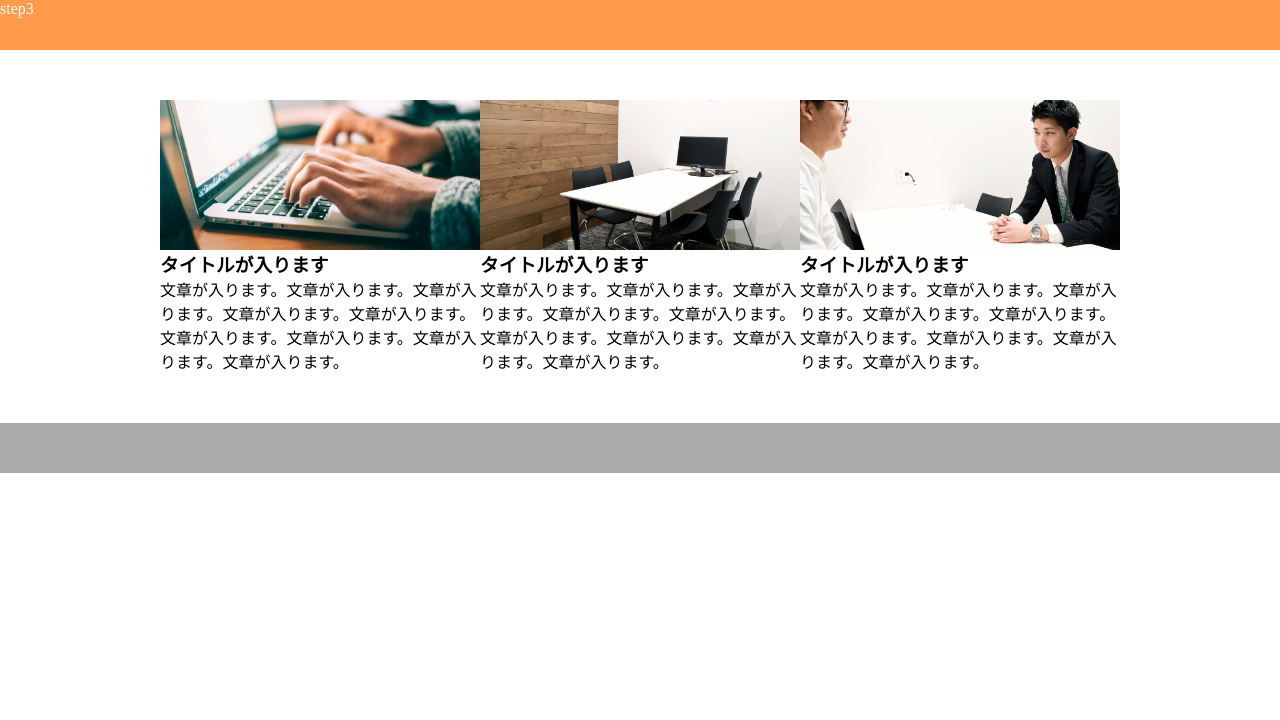
Repository: YuraTajima/DMM-all
Page: chapter9/chapter9.html
The author's editor kept a record of every edit. The page is drawn from the files as they stood at one moment, then again after the next edit.
The browser window is 1280 px wide. The pictures show the whole page.

Above is the page before.

### chapter9/chapter9.html
<!DOCTYPE html>

<html lang="ja">

  <head>

    <meta charset="UTF-8" />

    <title>chapter9</title>

    <link rel="stylesheet" href="chapter9.css" />

  </head>


  <body>

    <header>
      <!--オレンジ-->
    </header>


    <main>


      <div class="box1">

        <span class="step">step1</span>

        <div class="box1-image"></div>

        <h3>タイトルが入ります</h3>

        <p>文章が入ります。文章が入ります。文章が入ります。文章が入ります。文章が入ります。文章が入ります。文章が入ります。文章が入ります。文章が入ります。</p>

      </div>


      <div class="box2">

        <span class="step">step2</span>

        <div class="box2-image"></div>

        <h3>タイトルが入ります</h3>

        <p>文章が入ります。文章が入ります。文章が入ります。文章が入ります。文章が入ります。文章が入ります。文章が入ります。文章が入ります。文章が入ります。</p>

      </div>


      <div class="box3">

        <div class="box3-image"></div>

        <span class="step">step3</span>

        <h3>タイトルが入ります</h3>

        <p>文章が入ります。文章が入ります。文章が入ります。文章が入ります。文章が入ります。文章が入ります。文章が入ります。文章が入ります。文章が入ります。</p>


      </div>

    </main>


    <footer>
      <!--グレー-->
    </footer>

  </body>
</html>

### chapter9/chapter9.css
*{
  margin: 0;
  padding: 0;
  box-sizing: border-box;
}

header{
  width: 100%;
  height: 50px;
  background-color: #FF9A4B;
}


main{
  width: 960px;
  display: flex;
  margin: 50px auto;
}

.box{
  width: 300px;
  margin-right: 30px;
  padding: 10px;
  position: relative;
  background-color: #EEEEEE;
}

.box:last-child{
  margin-right: 0;
}

.step{
  position: absolute;
  top: 0;
  left: 0;
  background-color: #FF9A4B;
  color: #fff;
}

.box1-image{
  height: 150px;
  background-image: url(img/flow01.png);
  background-position: bottom;
  background-size: cover;
}

.box2-image{
  height: 150px;
  background-image: url(img/flow02.png);
  background-position: bottom;
  background-size: cover;
}

.box3-image{
  height: 150px;
  background-image: url(img/flow03.png);
  background-position: bottom;
  background-size: cover;
}

.title{
  margin: 15px 0 5px;
}

footer{
  width: 100%;
  height: 50px;
  background-color: #AAAAAA;
}

@media screen and (max-width:768px){

  header{
    width: 100%;
  }

  main{
    width: 100%;
    display: block;

  }

  .box{
    width: 90%;
    margin-bottom: 20px;
  }

  .box:last-child{
  margin-bottom: 0;
}

  footer{
    width: 100%;
  }


}

After the next edit:
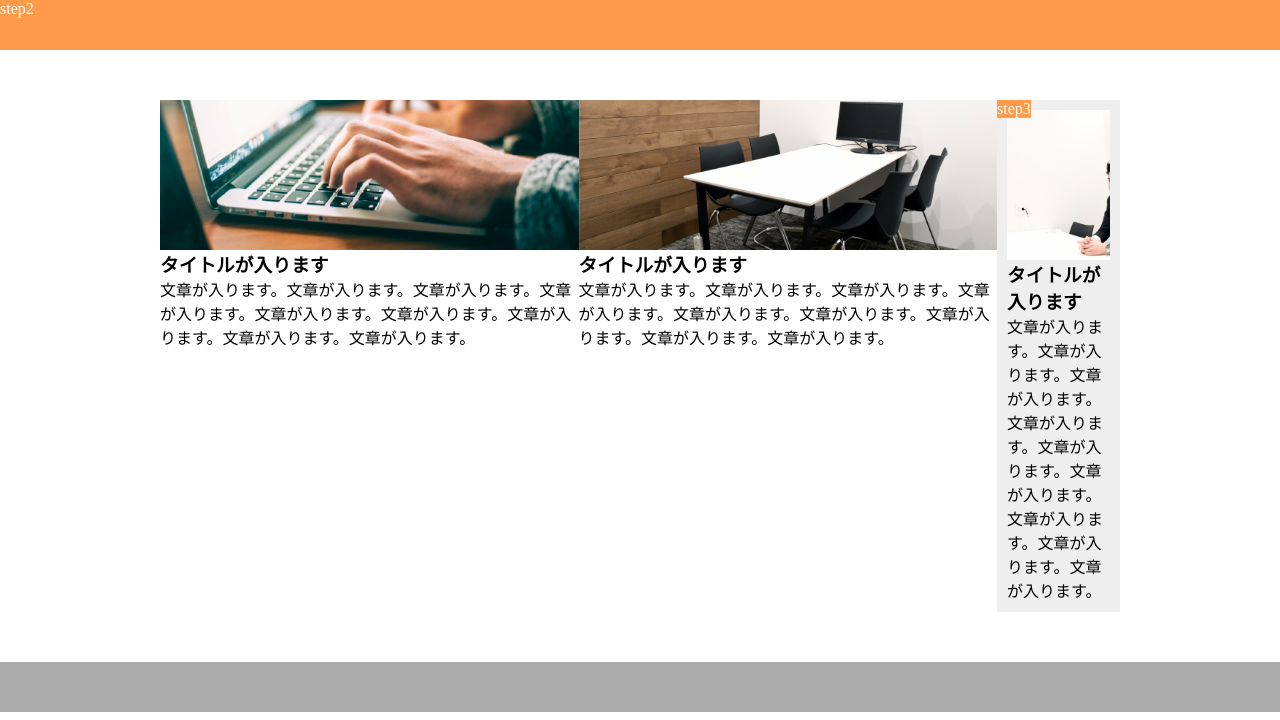
The edit:
--- a/chapter9/chapter9.html
+++ b/chapter9/chapter9.html
@@ -49,7 +49,7 @@
       </div>
 
 
-      <div class="box3">
+      <div class="box">
 
         <div class="box3-image"></div>
 
